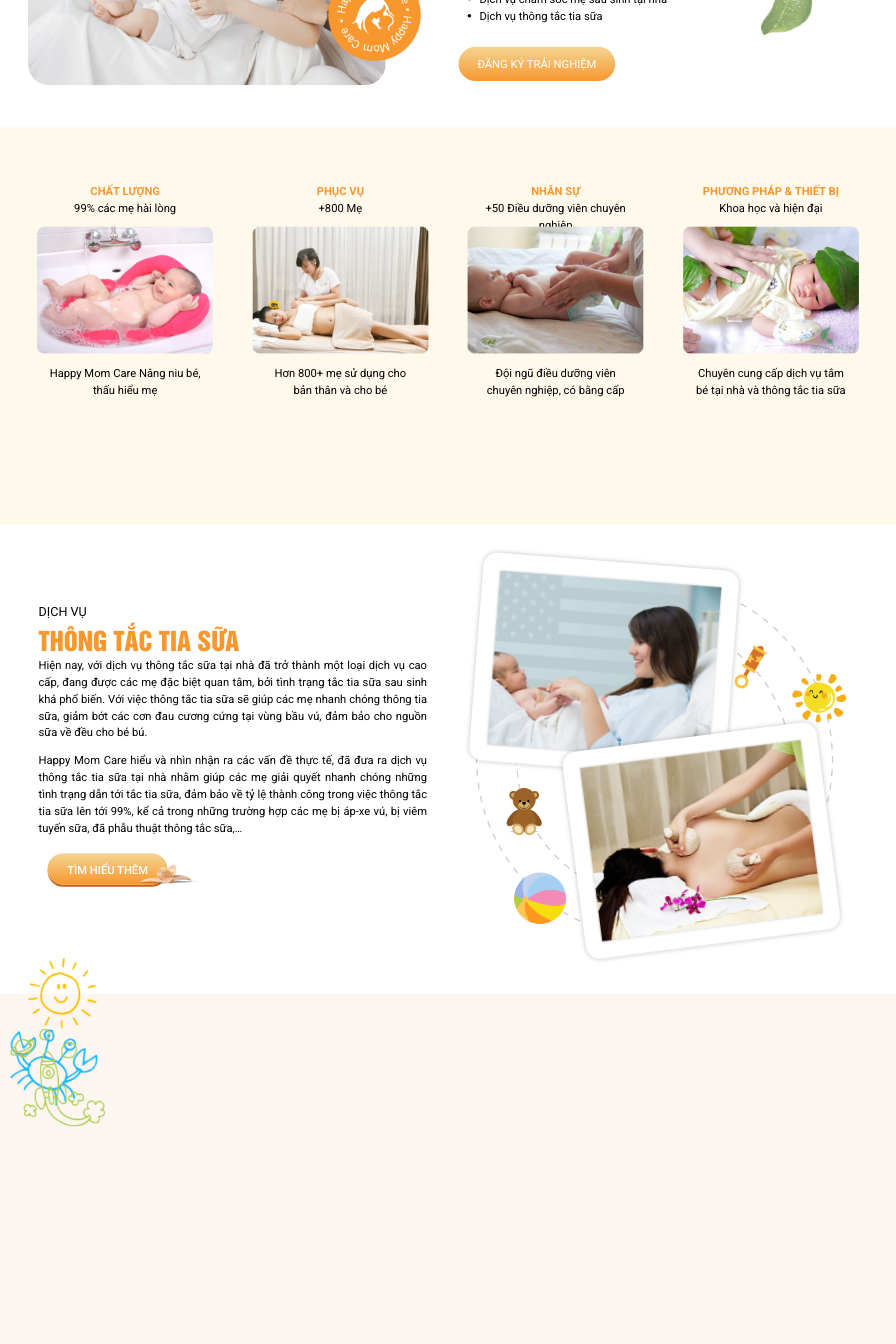
Repository: haianh12082001/happymom
Page: index.html
An editor plug-in stored every save of this project. The page is shown before and after the next save, followed by the edit.
The browser window is 1280 px wide. The pictures show the part of the page from y = 1487 to 3407 px (the page is 3407 px tall), at 70% of full size.
Some web libraries are served in a nearby version. The style sheet was rebuilt from its Sass, Less or Tailwind sources for each picture, by a compiler version that may differ from the author's.

Above is the page before, as saved 2021-11-16 10:51:40.

### index.html
<!DOCTYPE html>
<html lang="en">
    <head>
        <meta charset="UTF-8" />
        <meta http-equiv="X-UA-Compatible" content="IE=edge" />
        <meta name="viewport" content="width=device-width, initial-scale=1.0" />
        <title>Document</title>
        <link href="https://fonts.googleapis.com/css2?family=Roboto:wght@300;400;500;700;900&display=swap" rel="stylesheet" />
        <link rel="stylesheet" href="./assets/fonts/fontawesome-free-5.15.3/css/all.min.css" />
        <link
            rel="stylesheet"
            href="https://cdn.jsdelivr.net/npm/bootstrap@4.6.0/dist/css/bootstrap.min.css"
            integrity="sha384-B0vP5xmATw1+K9KRQjQERJvTumQW0nPEzvF6L/Z6nronJ3oUOFUFpCjEUQouq2+l"
            crossorigin="anonymous"
        />
        <link rel="stylesheet" href="./assets/css/app.css" />
    </head>
    <body>
        <div class="topbar">
            <div class="topbar__container container">
                <div class="topbar__logo">
                    <img src="./assets/img/logo.png" alt="" />
                </div>
                <div class="topbar__openTime">
                    <div class="openTime__text">Giờ mở cửa</div>
                    <div class="openTime__time">8h00 - 16h00</div>
                </div>
                <div class="topbar__seach">
                    <input type="text" name="" id="" placeholder="Tìm kiếm" />
                    <button class="button__seach">
                        <i class="fas fa-search r"></i>
                    </button>
                </div>
                <div class="topbar__hotline">
                    <div class="hotline__icon">
                        <img src="./assets/img/icon__phone.png" alt="" />
                    </div>
                    <div class="hotline__text">
                        <p class="hotline__text--top">Hotline:</p>
                        <p class="hotline__text--bottom">0944 430 977</p>
                    </div>
                </div>
                <div class="topbar__book">
                    <div class="book__icon">
                        <i class="fas fa-calendar-alt"></i>
                    </div>
                    <p class="book__text">Đặt lịch hẹn</p>
                </div>
            </div>
        </div>
        <header class="header">
            <div class="header__container container">
                <ul class="header__list">
                    <li class="header__item">
                        <a href="#" class="header__link">Trang chủ</a>
                    </li>
                    <li class="header__item">
                        <a href="#" class="header__link">Giới thiệu</a>
                    </li>
                    <li class="header__item">
                        <a href="#" class="header__link">Dịch vụ</a>
                    </li>
                    <li class="header__item">
                        <a href="#" class="header__link">Khoá học</a>
                    </li>
                    <li class="header__item">
                        <a href="#" class="header__link">Hệ thống đại lý</a>
                    </li>
                    <li class="header__item">
                        <a href="#" class="header__link">Tin tức</a>
                    </li>
                    <li class="header__item">
                        <a href="#" class="header__link">Liên hệ</a>
                    </li>
                </ul>
                <ul class="header__social">
                    <li>
                        <a href="#">
                            <i class="fab fa-facebook-f"></i>
                        </a>
                    </li>
                    <li>
                        <a href="#">
                            <i class="fab fa-twitter"></i>
                        </a>
                    </li>
                    <li>
                        <a href="#">
                            <i class="fab fa-google-plus-g"></i>
                        </a>
                    </li>
                    <li>
                        <a href="#">
                            <i class="fab fa-skype"></i>
                        </a>
                    </li>
                </ul>
            </div>
        </header>
        <section class="banner">
            <div class="banner__content">
                <div class="banner__img">
                    <img src="./assets/img/banner/Rectangle 28.png" alt="" />
                </div>
                <!-- <div class="banner__phone">
                    <div class="icon">
                        <i class="fas fa-phone-alt"></i>
                    </div>
                    <div class="text">0944 430 977</div>
                </div> -->
            </div>
        </section>
        <section class="bannerAdv">
            <div class="bannerAdv__container container">
                <div class="row">
                    <div class="bannerAdv__item col-lg-3">
                        <div class="bannerAdv__item--top">
                            <div class="text">01</div>
                            <img src="./assets/img/bannerAdv/pngwing 6.png" alt="" />
                        </div>
                        <div class="bannerAdv__item--bottom">
                            <div class="name">Uy tín</div>
                            <p class="des">Happy Mom Care với hệ thống hơn 50 Spa tại Việt Nam luôn sẵn sàng phục vụ khách hàng</p>
                        </div>
                    </div>
                    <div class="bannerAdv__item col-lg-3">
                        <div class="bannerAdv__item--top">
                            <div class="text">02</div>
                            <img src="./assets/img/bannerAdv/pngwing 8.png" alt="" />
                        </div>
                        <div class="bannerAdv__item--bottom">
                            <div class="name">Chuyên nghiệm</div>
                            <p class="des">Dịch vụ Spa mẹ và bé tại Happy Mom Care có hệ thống trang thiết bị chuyên nghiệp</p>
                        </div>
                    </div>
                    <div class="bannerAdv__item col-lg-3">
                        <div class="bannerAdv__item--top">
                            <div class="text">03</div>
                            <img src="./assets/img/bannerAdv/pngwing 9.png" alt="" />
                        </div>
                        <div class="bannerAdv__item--bottom">
                            <div class="name">An toàn</div>
                            <p class="des">Đúng quy trình chuẩn y khoa và sử dụng công nghệ cao trong Spa mang đến cho bạn những giải pháp an toàn nhất</p>
                        </div>
                    </div>
                    <div class="bannerAdv__item col-lg-3">
                        <div class="bannerAdv__item--top">
                            <div class="text">04</div>
                            <img src="./assets/img/bannerAdv/pngwing 10.png" alt="" />
                        </div>
                        <div class="bannerAdv__item--bottom">
                            <div class="name">Chất lượng</div>
                            <p class="des">Đội ngũ nhân viên chuyên nghiệp, có nhiều kinh nghiệm trong lĩnh vực Spa</p>
                        </div>
                    </div>
                </div>
            </div>
        </section>
        <section class="introduce">
            <div class="introduce__container container">
                <div class="row">
                    <div class="col-lg-6">
                        <div class="introduce__img">
                            <img src="./assets/img/Rectangle 33.png" alt="" />
                        </div>
                    </div>
                    <div class="col-lg-6">
                        <div class="introduce__heading">Về chúng tôi</div>
                        <div class="introduce__name">Happy mom care</div>
                        <div class="introduce__address">
                            <div class="introduce__address--img">
                                <img src="./assets/img/Ellipse 29.png" alt="" />
                            </div>
                            <div class="introduce__address--text">
                                <p>Spa Happy Mom Care</p>
                                <span>Số 8 Ngõ 21, Phố Việt Hưng, Long Biên, Hà Nội</span>
                            </div>
                        </div>
                        <div class="introduce__text">
                            <p>
                                Với hơn 30+ điều dưỡng viên có bằng cấp và kinh nghiệm lâu năm, Happy Mom Care mong muốn được phục vụ cho mẹ và bé khắp các quận
                                trong Hà Nội. Bao gồm các dịch vụ:
                            </p>
                            <ul class="text__list">
                                <li>Dịch vụ tắm cho trẻ sơ sinh tại nhà</li>
                                <li>Dịch vụ chăm sóc mẹ sau sinh tại nhà</li>
                                <li>Dịch vụ thông tắc tia sữa</li>
                            </ul>
                        </div>
                        <div class="introduce__btn">
                            <a href="">Đăng ký trải nghiệm</a>
                        </div>
                    </div>
                </div>
            </div>
        </section>
        <section class="blog">
            <div class="blog__container container">
                <div class="row">
                    <div class="blog__item col-lg-3">
                        <div class="blog__name">Chất lượng</div>
                        <div class="blog__subname">99% các mẹ hài lòng</div>
                        <div class="blog__img">
                            <img src="./assets/img/blog/Rectangle 35 (3).png" alt="" />
                        </div>
                        <div class="blog__des">Happy Mom Care Nâng niu bé, thấu hiểu mẹ</div>
                        <div class="blog__btn btn">
                            <a href="">Tìm hiểu thêm</a>
                            <img class="blog__btn--img" src="./assets/img/blog/plant 1.png" alt="" />
                        </div>
                    </div>
                    <div class="blog__item col-lg-3">
                        <div class="blog__name">Phục vụ</div>
                        <div class="blog__subname">+800 Mẹ</div>
                        <div class="blog__img">
                            <img src="./assets/img/blog/Rectangle 35 (4).png" alt="" />
                        </div>
                        <div class="blog__des">Hơn 800+ mẹ sử dụng cho bản thân và cho bé</div>
                        <div class="blog__btn btn">
                            <a href="">Tìm hiểu thêm</a>
                            <img class="blog__btn--img" src="./assets/img/blog/plant 1.png" alt="" />
                        </div>
                    </div>
                    <div class="blog__item col-lg-3">
                        <div class="blog__name">Nhân sự</div>
                        <div class="blog__subname">+50 Điều dưỡng viên chuyên nghiệp</div>
                        <div class="blog__img">
                            <img src="./assets/img/blog/Rectangle 35 (5).png" alt="" />
                        </div>
                        <div class="blog__des">Đội ngũ điều dưỡng viên chuyên nghiệp, có bằng cấp</div>
                        <div class="blog__btn btn">
                            <a href="">Tìm hiểu thêm</a>
                            <img class="blog__btn--img" src="./assets/img/blog/plant 1.png" alt="" />
                        </div>
                    </div>
                    <div class="blog__item col-lg-3">
                        <div class="blog__name">PHƯƠNG PHÁP & THIẾT BỊ</div>
                        <div class="blog__subname">Khoa học và hiện đại</div>
                        <div class="blog__img">
                            <img src="./assets/img/blog/Rectangle 35 (6).png" alt="" />
                        </div>
                        <div class="blog__des">Chuyên cung cấp dịch vụ tắm bé tại nhà và thông tắc tia sữa</div>
                        <div class="blog__btn btn">
                            <a href="">Tìm hiểu thêm</a>
                            <img class="blog__btn--img" src="./assets/img/blog/plant 1.png" alt="" />
                        </div>
                    </div>
                </div>
            </div>
        </section>
        <section class="serviceOne">
            <div class="serviceOne__container container">
                <div class="row">
                    <div class="col-lg-6 serviceOne__left">
                        <div class="service__title">Dịch vụ</div>
                        <div class="service__name">Thông tắc tia sữa</div>
                        <div class="service__text">
                            <p>
                                Hiện nay, với dịch vụ thông tắc sữa tại nhà đã trở thành một loại dịch vụ cao cấp, đang được các mẹ đặc biệt quan tâm, bởi tình
                                trạng tắc tia sữa sau sinh khá phổ biến. Với việc thông tắc tia sữa sẽ giúp các mẹ nhanh chóng thông tia sữa, giảm bớt các cơn
                                đau cương cứng tại vùng bầu vú, đảm bảo cho nguồn sữa về đều cho bé bú.
                            </p>
                            <p>
                                Happy Mom Care hiểu và nhìn nhận ra các vấn đề thực tế, đã đưa ra dịch vụ thông tắc tia sữa tại nhà nhằm giúp các mẹ giải quyết
                                nhanh chóng những tình trạng dẫn tới tắc tia sữa, đảm bảo về tỷ lệ thành công trong việc thông tắc tia sữa lên tới 99%, kể cả
                                trong những trường hợp các mẹ bị áp-xe vú, bị viêm tuyến sữa, đã phẫu thuật thông tắc sữa,…
                            </p>
                        </div>
                        <div class="service__btn btn">
                            <a href="">Tìm hiểu thêm</a>
                            <img class="service__btn--img" src="./assets/img/blog/plant 1.png" alt="" />
                        </div>
                    </div>
                    <div class="col-lg-6 serviceOne__right">
                        <div class="bigCircle__img">
                            <img src="./assets/img/serviceOne/Group 392.png" alt="" />
                        </div>
                        <div class="serviceOne__img--top">
                            <img src="./assets/img/serviceOne/Rectangle 37 (1).png" alt="" />
                        </div>
                        <div class="serviceOne__img--bottom">
                            <img src="./assets/img/serviceOne/Rectangle 38 (1).png" alt="" />
                        </div>
                    </div>
                </div>
            </div>
        </section>
        <section class="serviceTwo">
            <div class="serviceTwo__container container">
                <img class="serviceTwo__bg--img1" src="./assets/img/serviceTwo/image-home-1 1.png" alt="" />
                <img class="serviceTwo__bg--img2" src="./assets/img/serviceTwo/image-home-2 1.png" alt="" />
                <img class="serviceTwo__bg--img3" src="./assets/img/serviceTwo/image-home-3 1.png" alt="" />
                <div class="row">
                    <div class="serviceTwo__initial col-lg-4"></div>
                    <div class="serviceTwo__middle col-lg-4"></div>
                    <div class="serviceTwo__end col-lg-4"></div>
                </div>
            </div>
        </section>
        <script type="text/javascript" src="https://code.jquery.com/jquery-1.11.0.min.js"></script>
        <script type="text/javascript" src="https://code.jquery.com/jquery-migrate-1.2.1.min.js"></script>
        <script
            src="https://cdnjs.cloudflare.com/ajax/libs/bootstrap/4.6.0/js/bootstrap.min.js"
            integrity="sha512-XKa9Hemdy1Ui3KSGgJdgMyYlUg1gM+QhL6cnlyTe2qzMCYm4nAZ1PsVerQzTTXzonUR+dmswHqgJPuwCq1MaAg=="
            crossorigin="anonymous"
            referrerpolicy="no-referrer"
        ></script>
        <script type="text/javascript" src="https://cdn.jsdelivr.net/npm/slick-carousel@1.8.1/slick/slick.min.js"></script>
        <script src="./assets/js/main.js"></script>
    </body>
</html>

### assets/sass/app.scss
@import "variables";
@import "reset";
@import "global";
@import "topbar";
@import "header";
@import "banner";
@import "bannerAdv";
@import "introduce";
@import "blog";
@import "service";

### assets/sass/_variables.scss
$font-family: "Roboto", sans-serif;
$color-global: #f8972e;
$text-color: #000000;

### assets/sass/_reset.scss
html {
    box-sizing: border-box;
    scroll-behavior: smooth;
}
* {
    margin: 0;
    padding: 0;
}
*,
*:before,
*:after {
    box-sizing: border-box;
}
input,
textarea,
select,
button {
    outline: none;
}
input {
    line-height: normal;
    outline: none;
    box-shadow: none;
}
input:focus {
    outline: 0;
    border: none;
    box-shadow: none;
}
ul,
li {
    margin: 0;
    padding: 0;
    list-style: none;
}
label,
button {
    cursor: pointer;
}
a {
    text-decoration: none;
    &:hover {
        text-decoration: none;
    }
}
img {
    display: block;
    max-width: 100%;
}

### assets/sass/_global.scss
@font-face {
    font-family: "UTM";
    font-display: swap;
    src: url("../fonts/word/UTM\ HelvetIns.ttf") format("truetype");
}
@font-face {
    font-family: "Time";
    font-display: swap;
    src: url("../fonts/word/timesbd.ttf") format("truetype");
}
body {
    font-family: $font-family;
    margin: 0;
    padding: 0;
    width: 100%;
    font-size: 16px;
    color: $text-color;
}
.container {
    max-width: 1230px;
    margin: 0 auto;
    padding: 0 15px;
}

### assets/sass/_header.scss
.header {
    // height: 59px;
    background: $color-global;
    &__container {
        display: flex;
        justify-content: space-between;
        align-items: center;
    }
    &__list {
        display: flex;
        justify-content: space-between;
        text-transform: uppercase;
        align-items: center;
        // column-gap: 66px;
    }
    &__item {
        margin-left: 66px;
        padding: 16px 0;
        &:first-child {
            margin-left: 0;
        }
    }
    &__link {
        color: #fff;
        font-weight: 500;
    }
    &__social {
        display: flex;
        align-items: center;
        li {
            width: 31px;
            height: 31px;
            background: #fff;
            border-radius: 50%;
            margin-left: 8px;
            i {
                display: flex;
                height: 100%;
                justify-content: center;
                align-items: center;
            }
        }
    }
}

### assets/sass/_banner.scss
.banner {
    position: relative;
    &__img img {
        width: 100%;
        max-height: 598px;
    }
    &__phone {
        color: #845522;
        display: flex;
        .text {
            font-family: "UTM";
        }
    }
}

### assets/sass/_bannerAdv.scss
.bannerAdv {
    background: #fff9ec;
    padding: 25px 0 60px;
    &__container {
    }
    &__item {
        padding: 0px 46px;
        display: flex;
        flex-direction: column;
        align-items: center;
        &--top {
            position: relative;
            display: inline-block;
            max-width: 180px;
            height: 207px;

            .text {
                color: #ffd7ab;
                font-size: 180px;
                font-weight: 700;
                font-family: "Time";
                line-height: 206px;
            }
            img {
                position: absolute;
                bottom: 10px;
                left: 50%;
                transform: translateX(-50%);
            }
        }
        &--bottom {
            text-align: center;
            .name {
                color: #845522;
                margin-bottom: 9px;
                font-weight: 900;
            }
        }
    }
}

### assets/sass/_service.scss
.service {
    &__title {
        text-transform: uppercase;
        font-size: 18px;
    }
    &__name {
        text-transform: uppercase;
        font-size: 36px;
        color: $color-global;
        font-family: "UTM";
        font-weight: 400;
        line-height: 52px;
    }
    &__text {
        text-align: justify;
        margin-bottom: 30px;
    }
    &__btn {
        position: relative;
        a {
            padding: 15px 28px 11px 28px;
            background: linear-gradient(180deg, #f4d593 0%, #f8972e 100%);
            border-radius: 50px;
            text-transform: uppercase;
            color: #fff;
            font-weight: 500;
            box-shadow: 0 3px 0px rgba($color: #c2611c, $alpha: 1);
        }
        &--img {
            position: absolute;
            bottom: 0;
            right: 0;
            transform: translateX(50%);
        }
    }
}
.serviceOne {
    padding: 80px 0;
    &__left {
        padding: 30px;
    }
    &__right {
        padding: 0 40px;
        position: relative;
    }
    .bigCircle__img img {
        width: 100%;
    }
    &__img--top {
        position: absolute;
        top: -28px;
        // left: 0;
        padding: 20px;
        filter: drop-shadow(0px 0px 4px rgba(0, 0, 0, 0.25));
        transform: rotate(4.47deg);
        border-radius: 20px;
        background: #fff;
        img {
            width: 326px;
            height: 258px;
            // object-fit: cover;
        }
    }
    &__img--bottom {
        position: absolute;
        bottom: -10px;
        right: 70px;
        padding: 20px;
        filter: drop-shadow(0px 0px 4px rgba(0, 0, 0, 0.25));
        transform: rotate(-7.32deg);
        border-radius: 20px;
        background: #fff;
        img {
            width: 326px;
            height: 258px;
        }
    }
}
.serviceTwo {
    background: #fdf5f0;
    padding-top: 50px;
    height: 500px;
    &__container {
        position: relative;
    }
    img {
        position: absolute;
    }
    &__bg--img1 {
        left: -10px;
    }
    &__bg--img2 {
        bottom: 0;
    }
    &__bg--img3 {
        left: -10px;
    }
}

Loaded but not shown: assets/fonts/fontawesome-free-5.15.3/css/all.min.css (library); assets/sass/_introduce.scss (117 lines, source omitted); assets/sass/_topbar.scss (95 lines, source omitted); assets/sass/_blog.scss (59 lines, source omitted); assets/js/main.js (no copy from this time; the picture is the same without it)

After the next save:
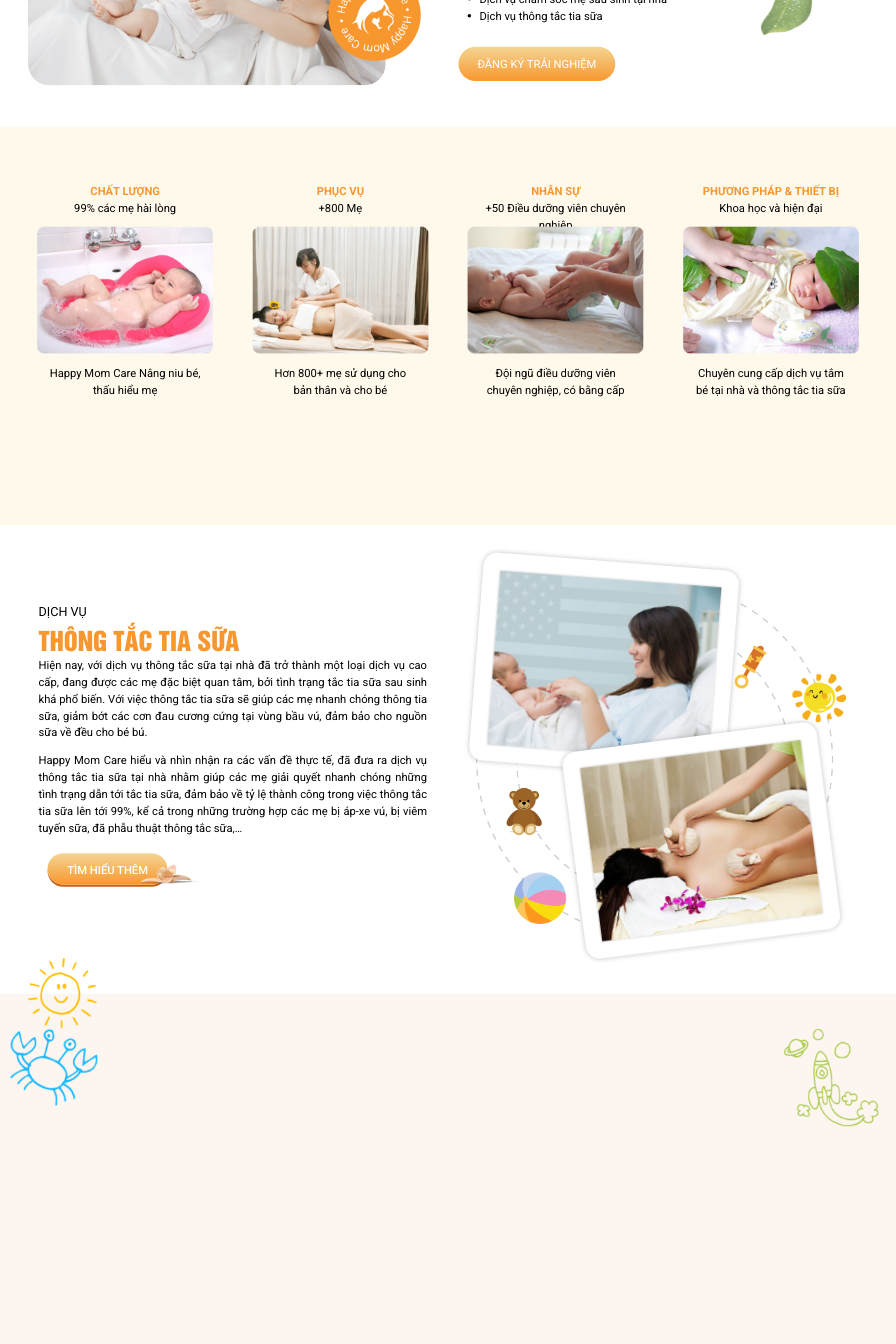
Saved 6 s later.
--- a/assets/sass/_service.scss
+++ b/assets/sass/_service.scss
@@ -93,6 +93,6 @@
         bottom: 0;
     }
     &__bg--img3 {
-        left: -10px;
+        right: 0;
     }
 }
